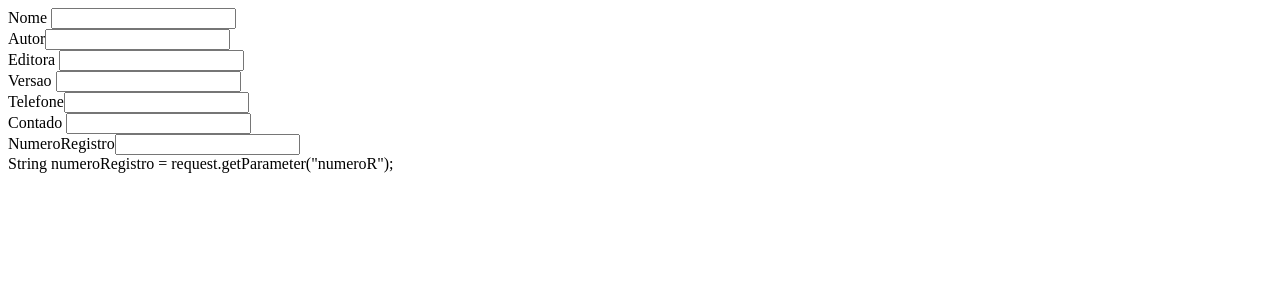
Repository: andersonsilvade/workspacejava
Page: WorkSpace/Lista1/WebContent/cadastro.html
These files come from the project's save history. The page is drawn as it stood at one moment and after the next save; the edit follows.
The browser window is 1280 px wide. The pictures show the whole page.

Above is the page before, as saved 2014-08-22 10:52:16.

### WorkSpace/Lista1/WebContent/cadastro.html
<!DOCTYPE html>
<html>
<head>
<meta charset="ISO-8859-1">
<title>Insert title here</title>
</head>
<body>
<form action="cl" method = "post">
Nome <input type = "text" name = "nome"/>
</br>
Autor<input type = "text" name = "ano"/>
</br>
Editora <input type = "text" name = "editora"/>
</br>
Versao <input type = "text" name = "versao"/>
</br>
Telefone<input type = "text" name = "telefone"/>
</br>
Contado <input type = "text" name = "contato"/>
</br>
NumeroRegistro<input type = "text" name = "numeroR"/>
</br>
</form>
</body>
</html>

		String numeroRegistro = request.getParameter("numeroR");

After the next save:
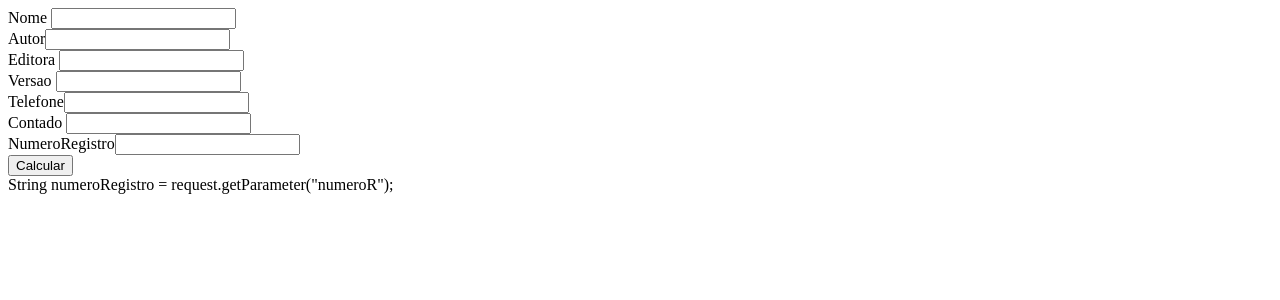
Saved 3 min 23 s later.
--- a/WorkSpace/Lista1/WebContent/cadastro.html
+++ b/WorkSpace/Lista1/WebContent/cadastro.html
@@ -20,6 +20,7 @@ Contado <input type = "text" name = "contato"/>
 </br>
 NumeroRegistro<input type = "text" name = "numeroR"/>
 </br>
+<input type = 'submit' value = 'Calcular'>
 </form>
 </body>
 </html>
